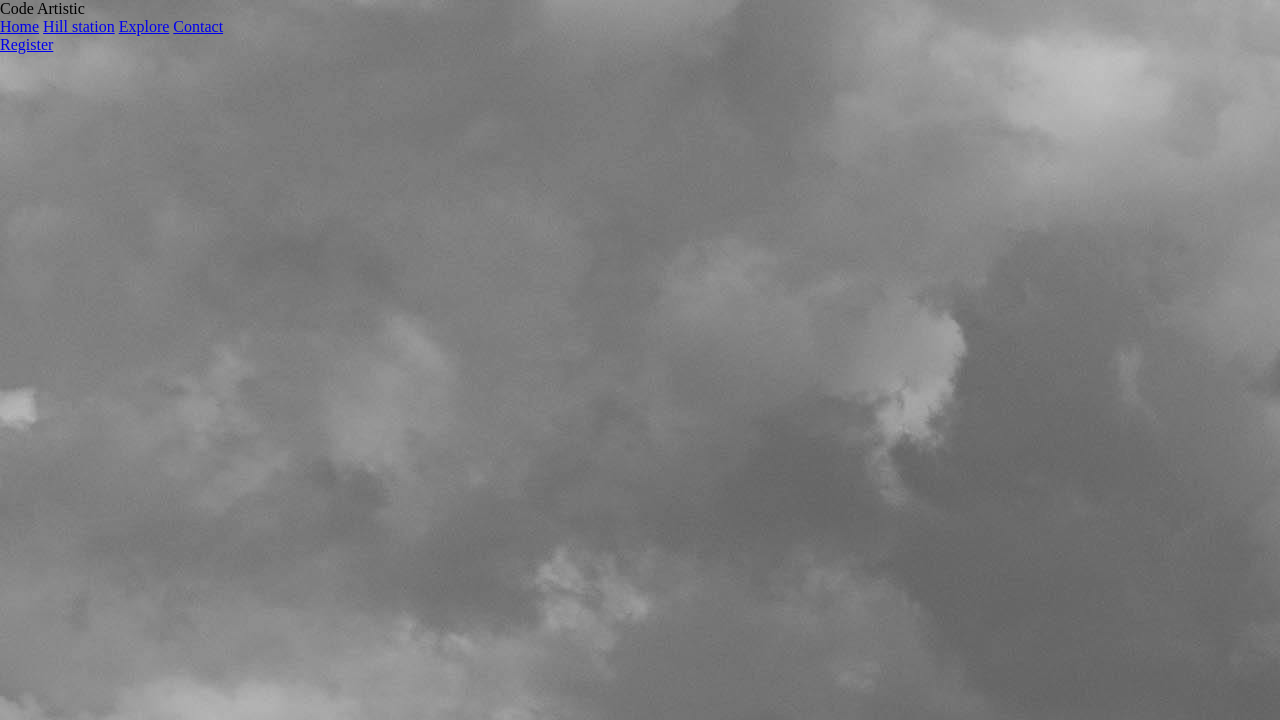
Repository: Ruxmary7/energy
Page: starter/index.html
The author's editor kept a copy of each file at every save. The page is drawn from the files as they stood at one save, then again after a run of saves.
The browser window is 1280 px wide. The pictures show the whole page.

Above is the page before, as saved 2025-01-10 21:55:46.

After the next 4 saves:
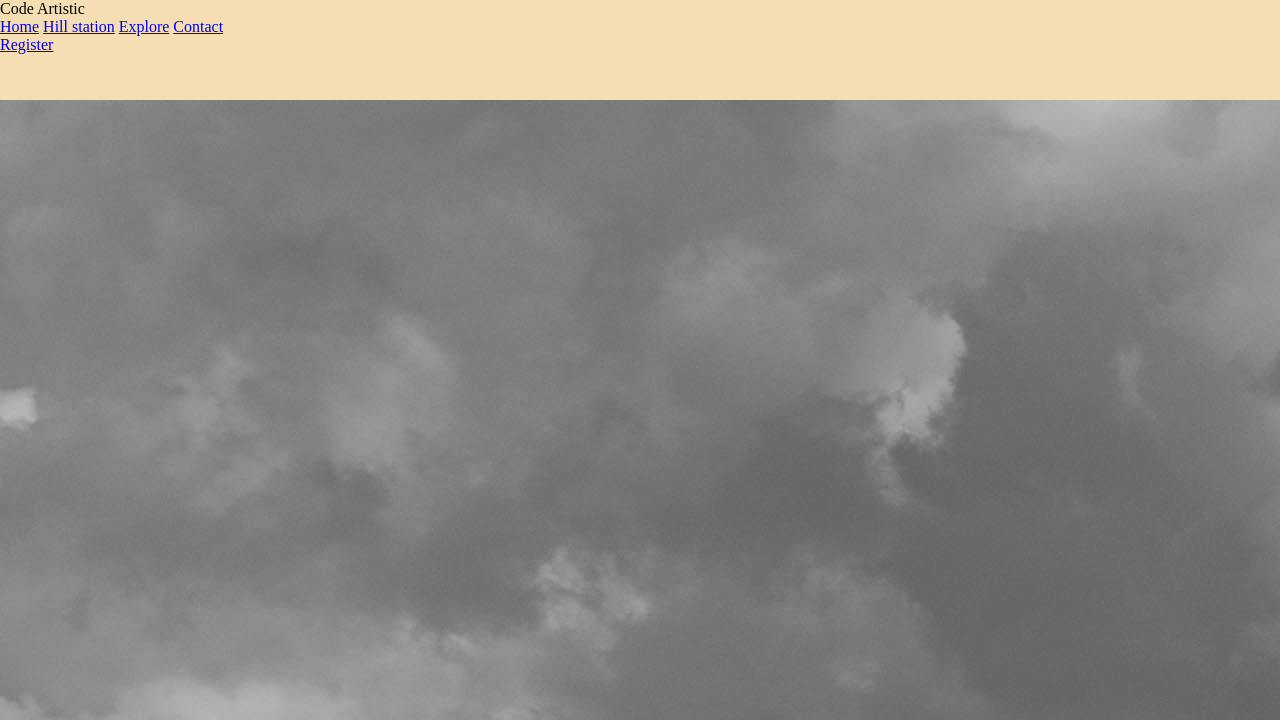
The 4 saves are shown as one change because they came seconds apart.
The last was saved 10 s later.
--- a/starter/style.css
+++ b/starter/style.css
@@ -12,5 +12,6 @@ header {
  nav {
     width: 100%;
     height: 100px;
+    background: wheat;
  }
 }
